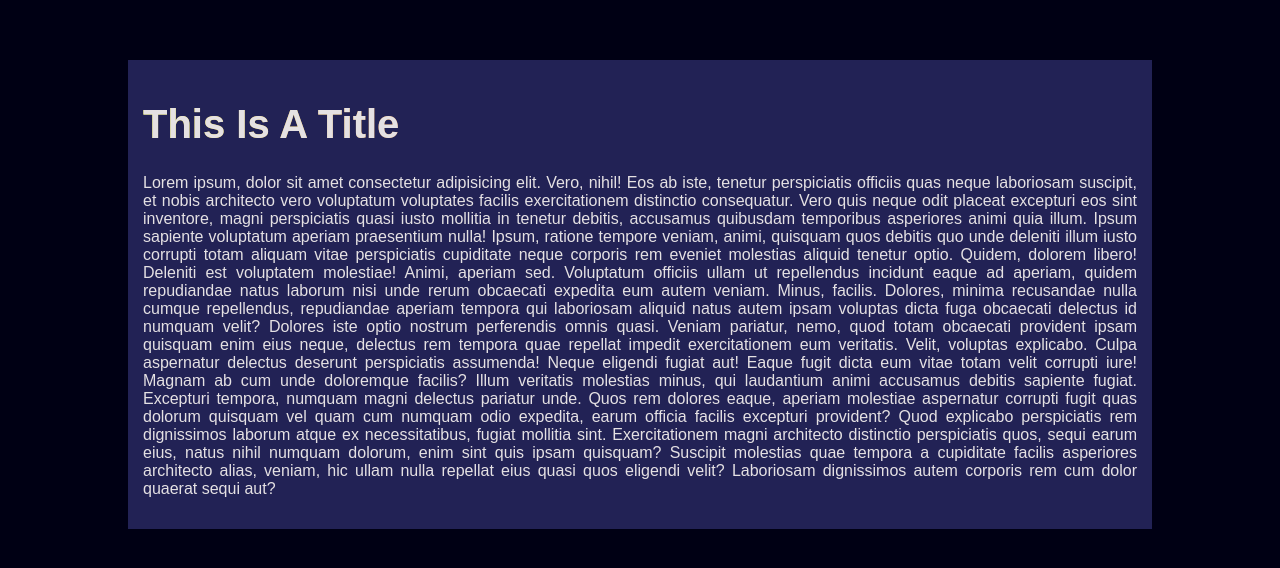
Repository: Francois-QUICODE/CSS-Micro-Projects
Page: Projects/01-Infinite-Gradient-Text.html
An editor plug-in stored every save of this project. The page is shown before and after the next save, followed by the edit.
The browser window is 1280 px wide. The pictures show the whole page.
Some web fonts or font styles are not loaded; a fallback is used.

Above is the page before, as saved 2020-11-28 10:49:56.

### Projects/01-Infinite-Gradient-Text.html
<!DOCTYPE html>
<html lang="en">
  <head>
    <meta charset="UTF-8" />
    <title>Infinite Gradiant text</title>
  </head>
  <body>
    <div class="container">
      <div class="text">
        <h1>This is a title</h1>
        <p class="lorem">
          Lorem ipsum, dolor sit amet consectetur adipisicing elit. Vero, nihil!
          Eos ab iste, tenetur perspiciatis officiis quas neque laboriosam
          suscipit, et nobis architecto vero voluptatum voluptates facilis
          exercitationem distinctio consequatur. Vero quis neque odit placeat
          excepturi eos sint inventore, magni perspiciatis quasi iusto mollitia
          in tenetur debitis, accusamus quibusdam temporibus asperiores animi
          quia illum. Ipsum sapiente voluptatum aperiam praesentium nulla!
          Ipsum, ratione tempore veniam, animi, quisquam quos debitis quo unde
          deleniti illum iusto corrupti totam aliquam vitae perspiciatis
          cupiditate neque corporis rem eveniet molestias aliquid tenetur optio.
          Quidem, dolorem libero! Deleniti est voluptatem molestiae! Animi,
          aperiam sed. Voluptatum officiis ullam ut repellendus incidunt eaque
          ad aperiam, quidem repudiandae natus laborum nisi unde rerum obcaecati
          expedita eum autem veniam. Minus, facilis. Dolores, minima recusandae
          nulla cumque repellendus, repudiandae aperiam tempora qui laboriosam
          aliquid natus autem ipsam voluptas dicta fuga obcaecati delectus id
          numquam velit? Dolores iste optio nostrum perferendis omnis quasi.
          Veniam pariatur, nemo, quod totam obcaecati provident ipsam quisquam
          enim eius neque, delectus rem tempora quae repellat impedit
          exercitationem eum veritatis. Velit, voluptas explicabo. Culpa
          aspernatur delectus deserunt perspiciatis assumenda! Neque eligendi
          fugiat aut! Eaque fugit dicta eum vitae totam velit corrupti iure!
          Magnam ab cum unde doloremque facilis? Illum veritatis molestias
          minus, qui laudantium animi accusamus debitis sapiente fugiat.
          Excepturi tempora, numquam magni delectus pariatur unde. Quos rem
          dolores eaque, aperiam molestiae aspernatur corrupti fugit quas
          dolorum quisquam vel quam cum numquam odio expedita, earum officia
          facilis excepturi provident? Quod explicabo perspiciatis rem
          dignissimos laborum atque ex necessitatibus, fugiat mollitia sint.
          Exercitationem magni architecto distinctio perspiciatis quos, sequi
          earum eius, natus nihil numquam dolorum, enim sint quis ipsam
          quisquam? Suscipit molestias quae tempora a cupiditate facilis
          asperiores architecto alias, veniam, hic ullam nulla repellat eius
          quasi quos eligendi velit? Laboriosam dignissimos autem corporis rem
          cum dolor quaerat sequi aut?
        </p>
      </div>
    </div>
  </body>

  <style>
    @import url("https://fonts.googleapis.com/css2?family=Alatsi&display=swap");

    body {
      background-color: #000014;
      width: 1024px;
      margin: auto;
      color: #e5e1e1;
      padding-top: 60px;
      font-family: "Alatsi", sans-serif;
    }

    .container {
      background-color: #222247;
      padding: 15px;
      mix-blend-mode: screen;
      display: flex;
    }

    h1 {
      font-size: 40px;
      text-transform: capitalize;
      background: linear-gradient(
        90deg,
        rgba(247, 255, 0, 1) 0%,
        rgba(207, 109, 0, 1) 26%,
        rgba(151, 0, 255, 1) 66%,
        rgba(247, 255, 0, 1) 100%
      );
      background-clip: text;
    }

    .lorem {
      text-align: justify;
    }
  </style>
</html>

After the next save:
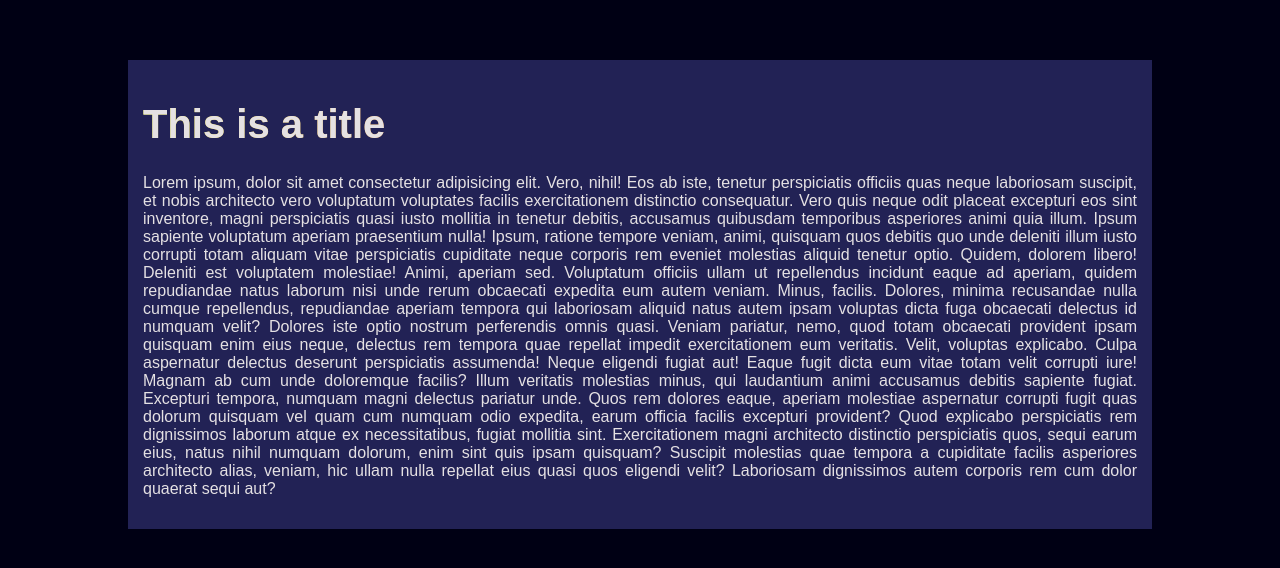
Saved 51 s later.
--- a/Projects/01-Infinite-Gradient-Text.html
+++ b/Projects/01-Infinite-Gradient-Text.html
@@ -70,7 +70,7 @@
 
     h1 {
       font-size: 40px;
-      text-transform: capitalize;
+
       background: linear-gradient(
         90deg,
         rgba(247, 255, 0, 1) 0%,
